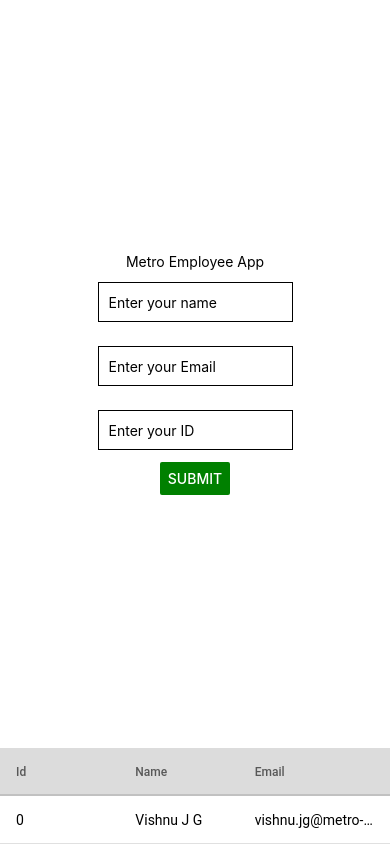
Repository: VishnuJG/Metro-Employee-App
Screen: /
The author's editor kept a copy of each file at every save. The screen is drawn from the files as they stood at one save, then again after the next save.
The app was drawn by React Native's web renderer in a window 390 px wide. The project was rebuilt for these pictures with package versions that can differ from the ones it lists, and the page was loaded fresh each time. Some packages were replaced by stand-ins written for this rebuild. Also part of the build but not shown: components/Task.js.

Above is the screen before, as saved 2022-06-28 14:51:12.

### App.js
import { StatusBar } from 'expo-status-bar';
import React, { useState } from "react";
import { StyleSheet, Text, View, TextInput, Button, Alert} from 'react-native';
import { useDimensions } from '@react-native-community/hooks';
import Task from './components/Task';
import { DataTable } from "react-native-paper";
import Table from './components/Table';


export default function App() {

  // const {landscape}=useDimensions();
  const [emp, onEmpUpdate] = useState([{ id: 0, name: " Vishnu J G", email:"vishnu.jg@metro-gsc.in" }]);
  const [name, onChangeName] = useState("");
  const [email, onChangeEmail] = useState("");
  const [id, onChangeid] = useState(null);
  const onSubmit=(e)=>{
    e.preventDefault();
    if(!name){
      Alert.alert('Invalid Name', 'Invalid Name field',[{text: 'Okay', onPress:()=>{console.log("Okay Pressed")}},{text: 'No', onPress:()=>{console.log("No Pressed")}}])
    }
    if(!email){
      Alert.alert('Invalid Email', 'Invalid Email field',[{text: 'Okay', onPress:()=>{console.log("Okay Pressed")}},{text: 'No', onPress:()=>{console.log("No Pressed")}}])
    }
    if(!/\S+@\S+\.\S+/.test(email)){
      Alert.alert('Invalid Email', 'Invalid Email field',[{text: 'Okay', onPress:()=>{console.log("Okay Pressed")}},{text: 'No', onPress:()=>{console.log("No Pressed")}}])
    }
    if(!id){
      Alert.alert('Invalid Id', 'Invalid ID field',[{text: 'Okay', onPress:()=>{console.log("Okay Pressed")}},{text: 'No', onPress:()=>{console.log("No Pressed")}}])
    }
    console.log(name);
    console.log(email);
    console.log(id);
    const newEmp={id, name, email};
    onChangeName('');
    onChangeEmail('');
    onChangeid(null);
    onEmpUpdate([...emp, newEmp]);
  }
  return (
    <View style={styles.container} >
        <View style={styles.container}>
        <Text>Metro Employee App</Text>

        <TextInput
          style={styles.input}
          onChangeText={onChangeName}
          placeholder="Enter your name"
          value={name}
        />
        <TextInput
          style={styles.input}
          onChangeText={onChangeEmail}
          value={email}
          placeholder="Enter your Email"
          // keyboardType="numeric"
        />

        <TextInput
          style={styles.input}
          onChangeText={onChangeid}
          value={id}
          placeholder="Enter your ID"
          keyboardType="numeric"
        />
        <Button title="Submit"
          color="green"
          onPress={onSubmit}
          /></View>
        {/* <View style={{flex:0.5, flexDirection: 'column'}}>
        {emp.map((newid)=>(<Task key={newid.id} ename={newid.name} eid={newid.id} eemail={newid.email}/>))}
        </View> */}
        <DataTable >
          <DataTable.Header style={styles.tableHeader}>
            <DataTable.Title>Id</DataTable.Title>
            <DataTable.Title>Name</DataTable.Title>
            <DataTable.Title>Email</DataTable.Title>
          </DataTable.Header>

          {emp.map((newid)=>(<Table key={newid.id} ename={newid.name} eid={newid.id} eemail={newid.email}/>))}
        </DataTable>
    </View>
  );
}

const styles = StyleSheet.create({
  container: {
    flex: 1,
    flexDirection: 'column',
    backgroundColor: '#fff',
    alignItems: 'center',
    justifyContent: 'center',
    fontSize: 20,
    // paddingTop:20,
    width:'100%',
  },
  input: {
    height: 40,
    margin: 12,
    borderWidth: 1,
    width:'50%',
    padding: 10,
  },
  tableHeader: {
    backgroundColor: '#DCDCDC',
  },

});

### components/Table.js
import { StatusBar } from 'expo-status-bar';
import React, { useState } from "react";
import { StyleSheet, Text, View, TextInput, Button, Alert} from 'react-native';
import { useDimensions } from '@react-native-community/hooks';
import { DataTable } from "react-native-paper";


export default function Table(props) {
  console.log("Hello");
  return (
    <DataTable.Row>
            <DataTable.Cell>{props.eid}</DataTable.Cell>
            <DataTable.Cell>{props.ename}</DataTable.Cell>
            <DataTable.Cell>{props.eemail}</DataTable.Cell>
    </DataTable.Row>


  );
}

const styles = StyleSheet.create({
  employee:{
    width:'100%',
    flex:1,
    // flexDirection:'row',
    // justifyContent: 'flex-start',
  }
});

After the next save:
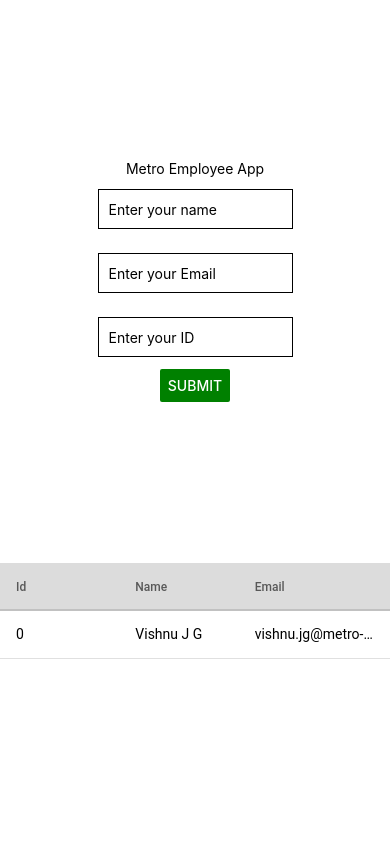
Saved 39 s later.
--- a/App.js
+++ b/App.js
@@ -70,7 +70,7 @@ export default function App() {
         {/* <View style={{flex:0.5, flexDirection: 'column'}}>
         {emp.map((newid)=>(<Task key={newid.id} ename={newid.name} eid={newid.id} eemail={newid.email}/>))}
         </View> */}
-        <DataTable >
+        <DataTable style={{flex:0.5, flexDirection: 'column'}} >
           <DataTable.Header style={styles.tableHeader}>
             <DataTable.Title>Id</DataTable.Title>
             <DataTable.Title>Name</DataTable.Title>
